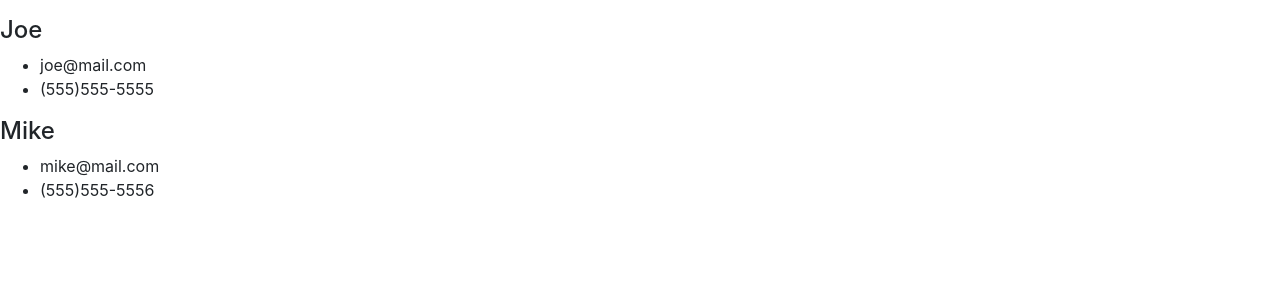
Repository: MikeTroianello/Contact-Manager
Page: /contact/add
The author's editor kept a copy of each file at every save. The page is drawn from the files as they stood at one save, then again after the next save.
The browser window is 1280 px wide. The pictures show the whole page.
The project was rebuilt for these pictures with package versions that can differ from the ones it lists, and the page was loaded fresh each time. Also part of the build but not shown: src/App.css.

Above is the page before, as saved 2019-05-19 00:26:26.

### src/App.js
import React from "react";
import Contact from "./components/Contact";
import Header from "./components/Header";

import "bootstrap/dist/css/bootstrap.min.css";
import "./App.css";

function App() {
  return (
    <div className="App">
      <Header branding="The Contact Manager" />
      <Contact name="Joe" email="joe@mail.com" phone="(555)555-5555" />
      <Contact name="Mike" email="mike@mail.com" phone="(555)555-5556" />
    </div>
  );
}

export default App;

### src/components/Contact.js
import React, { Component } from "react";
import PropTypes from "prop-types";

class Contact extends Component {
  render() {
    const { name, email, phone } = this.props;
    return (
      <div>
        <h4>{name}</h4>
        <ul>
          <li>{email}</li>
          <li>{phone}</li>
        </ul>
      </div>
    );
  }
}

Contact.propTypes = {
  name: PropTypes.string.isRequired,
  email: PropTypes.string.isRequired,
  phone: PropTypes.string.isRequired
};

export default Contact;

### src/components/Header.js
import React from "react";
import PropTypes from "prop-types";

const Header = props => {
  const { branding } = props;
  return (
    <nav className="navbar navbar-expand-sm navbar-dark bg-danger mb-3 py-0">
      <div className="container" />
    </nav>
  );
};

Header.defaultProps = {
  branding: "My App"
};

Header.propTypes = {
  branding: PropTypes.string.isRequired
};

export default Header;

Loaded but not shown: src/index.js (common file); src/serviceWorker.js (common file)

After the next save:
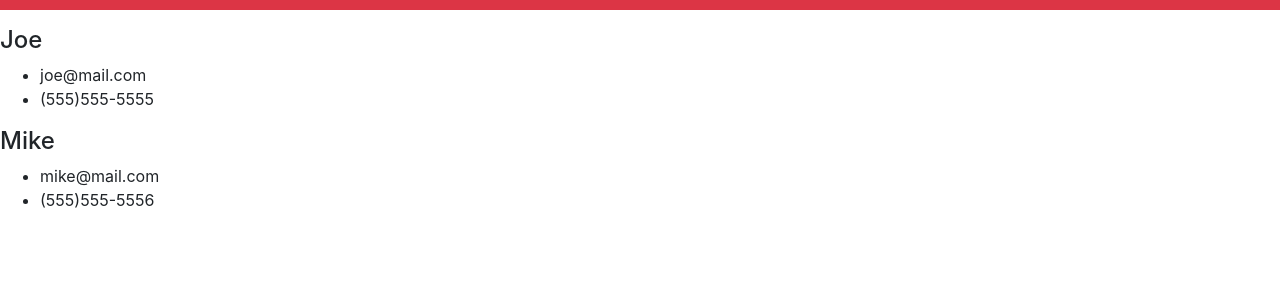
Saved 35 s later.
--- a/src/components/Header.js
+++ b/src/components/Header.js
@@ -5,7 +5,9 @@ const Header = props => {
   const { branding } = props;
   return (
     <nav className="navbar navbar-expand-sm navbar-dark bg-danger mb-3 py-0">
-      <div className="container" />
+      <div className="container">
+        <a href="#!" className="navbar-brand" />
+      </div>
     </nav>
   );
 };
